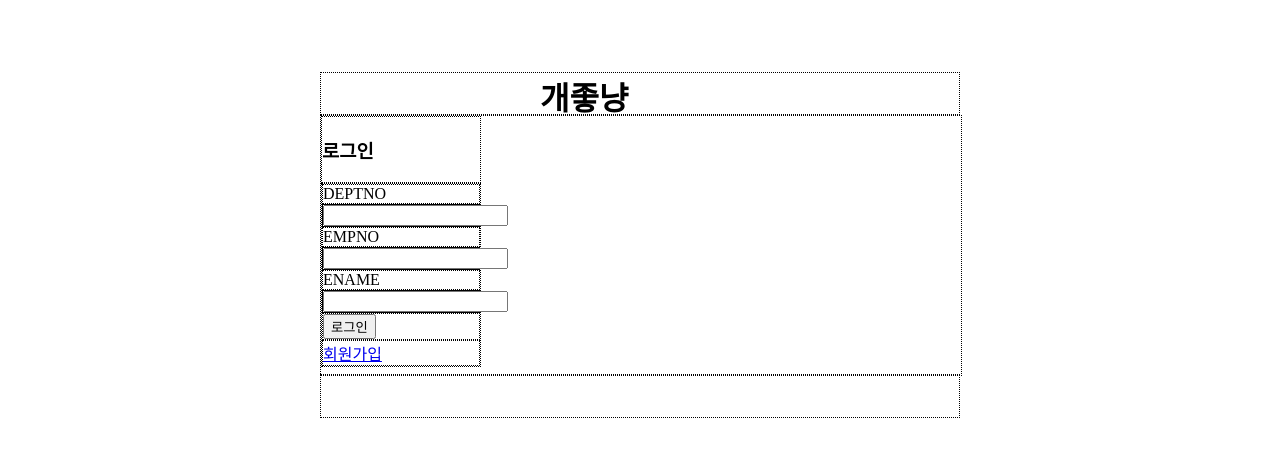
Repository: rmsgh2392/jee-company
Page: http://localhost/company/facade.do
The author's editor kept a copy of each file at every save. The page is drawn from the files as they stood at one save, then again after the next save.
The browser window is 1280 px wide. The pictures show the whole page.
The page is served by Tomcat 9.

Above is the page before, as saved 2019-10-07 10:50:43.

After the next save:
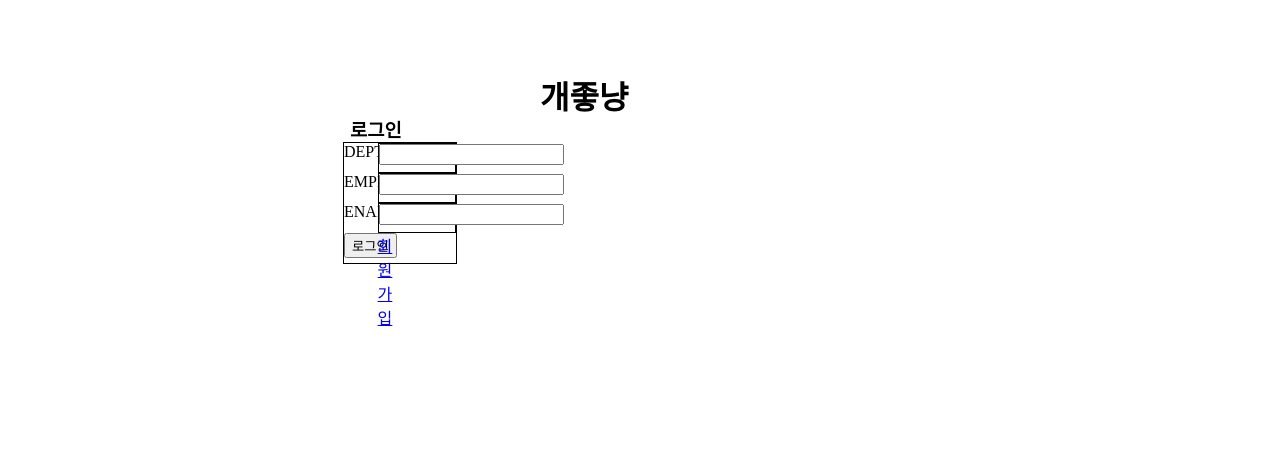
Saved 59 s later.
--- a/company/WebContent/resources/css/style.css
+++ b/company/WebContent/resources/css/style.css
@@ -35,9 +35,19 @@
 	grid-template-rows : 11% 11% 11% 11% 11% 11% 11% 11% 12%;
 	border : 1px solid black;
 }
-.container div{border : 1px dotted black}
-#login_form{width:100%;height:100%}
-#login_tab div{border : 1px solid black;}
+.login_spac{
+	display : grid;
+	margin : 0 auto;
+	width : 70%;
+	height: 120px;
+	grid-template-columns : 30% 20% 50%;
+	grid-template-rows : 30px 30px 30px 30px;
+	border : 1px solid black;
+}
+#join_text{
+	margin : 0 auto;
+	width : 100px;
+}
 #input{
 	grid-column: 2/4;
 	border : 1px solid black;

After the 2 saves that followed:
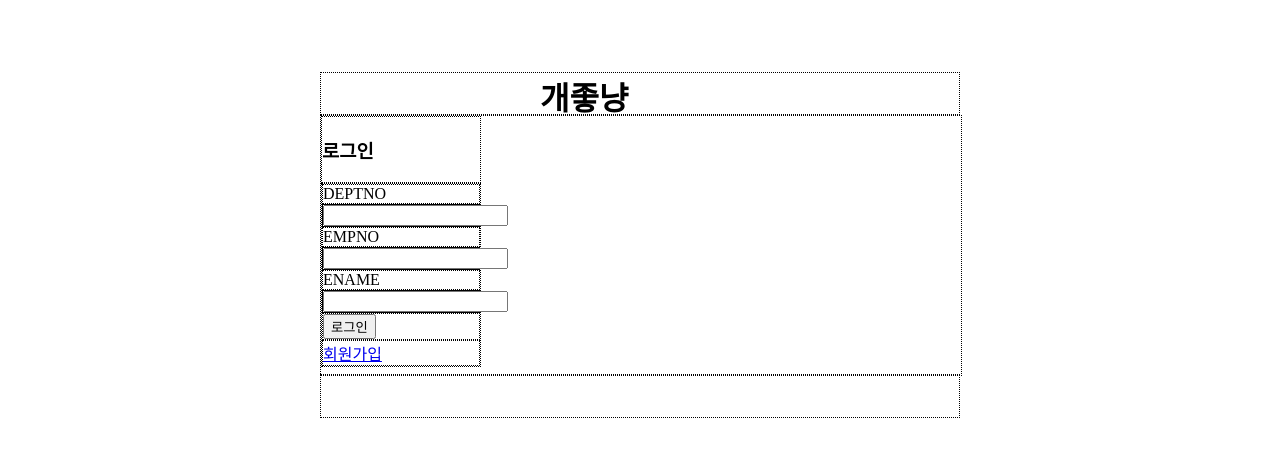
The 2 saves are shown as one change because 1 left the picture as it was.
The last was saved 59 s later.
--- a/company/WebContent/resources/css/style.css
+++ b/company/WebContent/resources/css/style.css
@@ -35,19 +35,9 @@
 	grid-template-rows : 11% 11% 11% 11% 11% 11% 11% 11% 12%;
 	border : 1px solid black;
 }
-.login_spac{
-	display : grid;
-	margin : 0 auto;
-	width : 70%;
-	height: 120px;
-	grid-template-columns : 30% 20% 50%;
-	grid-template-rows : 30px 30px 30px 30px;
-	border : 1px solid black;
-}
-#join_text{
-	margin : 0 auto;
-	width : 100px;
-}
+.container div{border : 1px dotted black}
+#login_form{width:100%;height:100%}
+#login_tab div{border : 1px solid black;}
 #input{
 	grid-column: 2/4;
 	border : 1px solid black;
